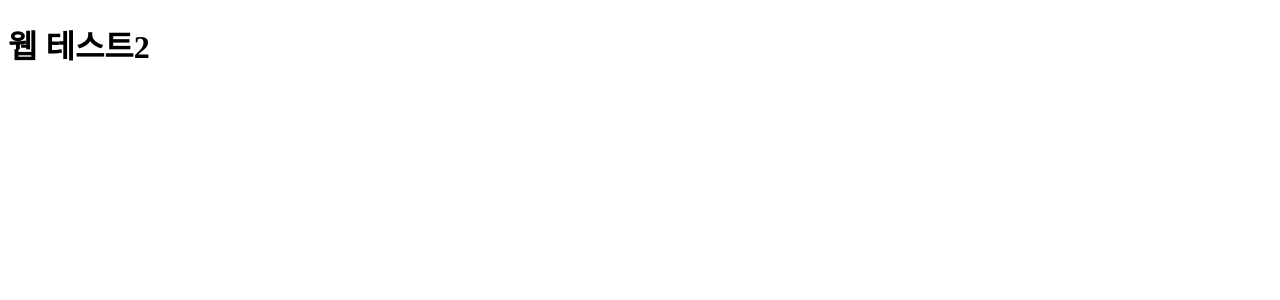
Repository: Rua1006/java8
Page: http://localhost/test02/
An editor plug-in stored every save of this project. The page is shown before and after the next save, followed by the edit.
The browser window is 1280 px wide. The pictures show the whole page.
The page is served by Tomcat 9.

Above is the page before, as saved 2022-08-30 07:27:13.

After the next save:
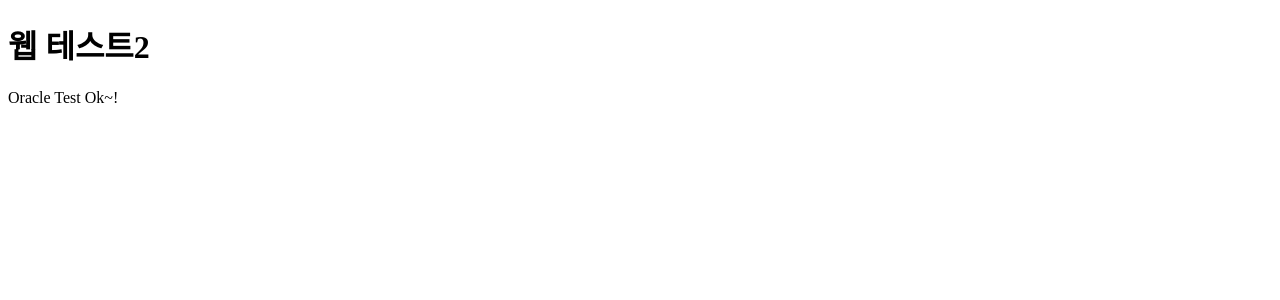
Saved 34 s later.
--- a/test02/WebContent/index.jsp
+++ b/test02/WebContent/index.jsp
@@ -19,7 +19,7 @@
 		Class.forName("oracle.jdbc.driver.OracleDriver");
 		conn = DriverManager.getConnection(DB_URL, DB_USER, DB_PW);
 		stmt = conn.createStatement();
-
+		out.println("Oracle Test Ok~!");
 	} catch(Exception e){
 		out.println(e.getMessage());
 	}
